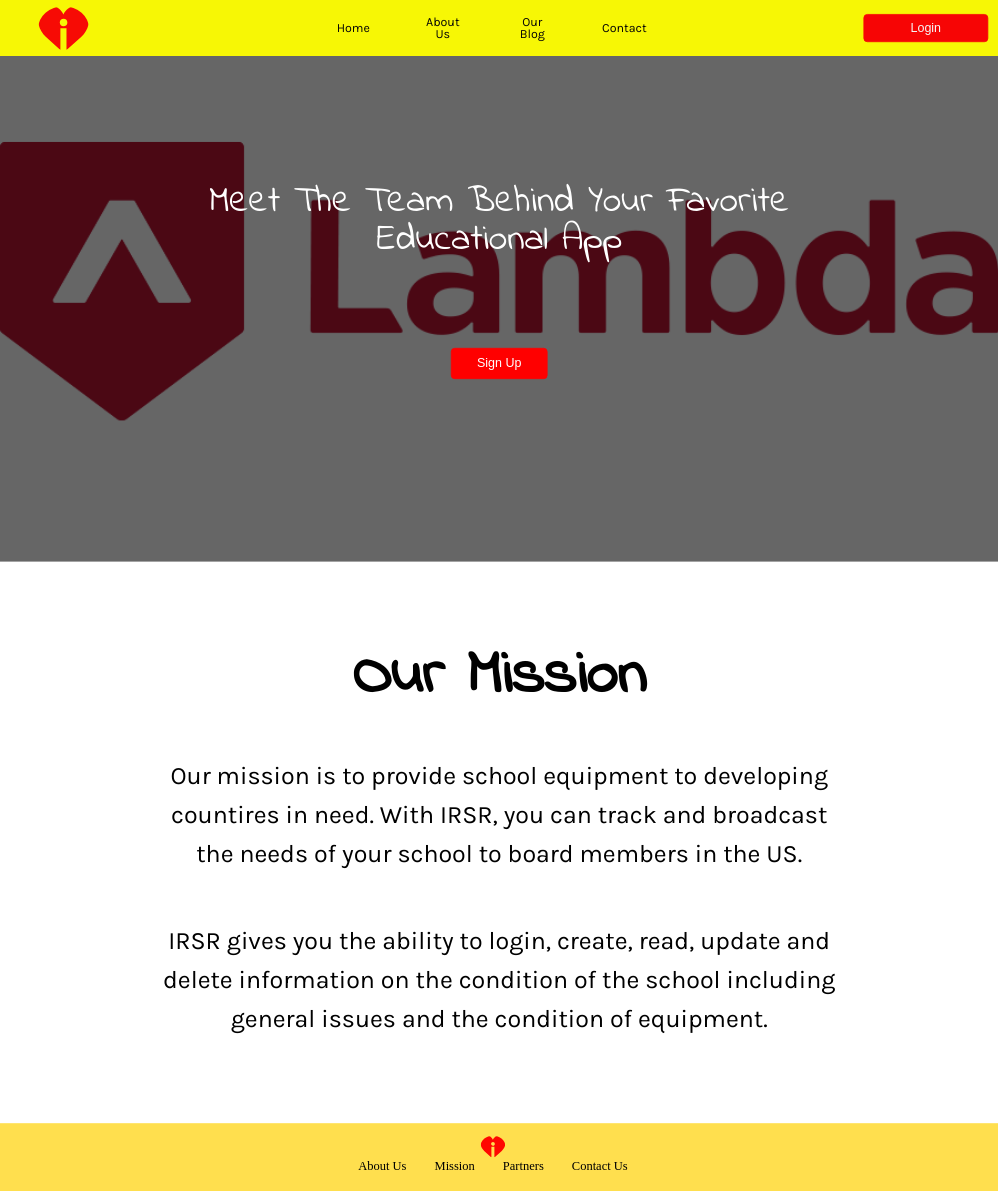
Repository: internationalrural-school-report/maketing-page
Page: about-us.html
An editor plug-in stored every save of this project. The page is shown before and after the next save, followed by the edit.
The browser window is 1280 px wide. The pictures show the whole page, at 78% of full size.
Backgrounds fixed to the window are drawn as part of the page.

Above is the page before, as saved 2019-08-29 14:21:38.

### about-us.html
<!DOCTYPE html>

<html lang="en">

<head>
  <meta charset="UTF-8" />
  <meta name="viewport" content="width=device-width, initial-scale=1" />

  <title>International Rural School Report</title>

  <link href="https://fonts.googleapis.com/css?family=Indie+Flower|Karla:400,700i&display=swap" rel="stylesheet">

  <link rel="stylesheet" href="about-us-marketing.css" />

</head>

<body>
  <div class="container">

    <!-- HEADER SECTION -->

    <header>
      <nav>
        <input type="checkbox" id="nav" class="hidden" />
        <label for="nav" class="nav-btn">
          <i></i>
          <i></i>
          <i></i>
        </label>
        <div class="header-button">
          <button>Login</button>
        </div>
        <div class="nav-wrapper">
          <ul>
            <li><a href="marketing.html">Home</a></li>
            <li><a href="about-us.html">About Us</a></li>
            <li><a href="#">Our Blog</a></li>
            <li><a href="#">Contact</a></li>
          </ul>
          <div class="header-button-mobile">
            <button>Login</button>
          </div>
        </div>
        <div class="main-logo">
          <img class="header-logo" src="Images/heart-icon.svg" alt="Our Companys logo." />
        </div>
      </nav>
    </header>

    <!-- CTA SECTION -->

    <section class="cta-container">
      <div class="color-overlay"></div>
      <div class="cta">
        <div class="cta-txt-container">
          <div class="cta-txt1">
            <p>
              Meet The Team Behind Your Favorite Educational App
            </p>
          <!----></div>
          <div class="cta-txt2">

          </div>
          <button>Sign Up</button>
        </div>
      </div>
    </section>

    <!-- OUR MISSION SECTION -->

    <section class="mission-container">
      <div class="mission-txt">
        <h1>Our Mission</h1>
        <p>Our mission is to provide school equipment to developing countires in need.
          With IRSR, you can track and broadcast the needs of your school to board members
          in the US.</p>

        <p>
          IRSR gives you the ability to login, create, read, update and delete information on the condition
          of the school including general issues and the condition of equipment.
        </p>
      </div>
    </section>
     <!---FOOTER-->
    <section class ="footer">
        <img class="footer-logo" src="Images/heart-icon.svg" alt="Our Companys logo." />
        <a href=""></br>About Us</a>
        <a href="">Mission</a>
        <a href="">Partners</a>
        <a href="">Contact Us</a>
    </section>

    </body>


  </div>
</body>

### about-us-marketing.css
/* http://meyerweb.com/eric/tools/css/reset/ 2. v2.0 | 20110126
  License: none (public domain)
*/

html, body, div,span,applet,object,iframe,h1,h2,h3,h4,h5,h6,p,blockquote,pre,a,abbr,acronym,
address,big,cite,code,del,dfn,em,img,ins,kbd,q,s,samp,small,strike,
strong,sub,sup,tt,var,b,u,i,center,dl,dt,dd,ol,ul,li,fieldset,
form,label,legend,table,caption,tbody,tfoot,thead,
tr,th,td,article,aside,canvas,details,embed,figure,
figcaption,footer,header,hgroup,menu,nav,output,ruby,section,summary,time,mark,audio,
video {
  margin: 0;
  padding: 0;
  border: 0;
  font-size: 100%;
  /* font: inherit; */
  vertical-align: baseline;
}
/* HTML5 display-role reset for older browsers */
article,
aside,
details,
figcaption,
figure,
footer,
header,
hgroup,
menu,
nav,
section {
  display: block;
}
body {
  line-height: 1;
}
ol,
ul {
  list-style: none;
}
blockquote,
q {
  quotes: none;
}
blockquote:before,
blockquote:after,
q:before,
q:after {
  content: "";
  content: none;
}
table {
  border-collapse: collapse;
  border-spacing: 0;
}

/* CSS STARTS HERE */
/* CSS STARTS HERE */
/* CSS STARTS HERE */

.container {
  width: 100%;
  height: 100%;
  margin: auto;
}

/* HEADER/NAV CSS STARTS HERE */
/* HEADER/NAV CSS STARTS HERE */
/* HEADER/NAV CSS STARTS HERE */

header {
  width: 100%;
  height: 10%;
  display: flex;
  flex-direction: row-reverse;
  justify-content: space-between;
  position: fixed;
  background-color: yellow;
  z-index: 9999;
  align-items: center;
  align-content: center;
  opacity: 0.95;
}

nav {
  display: flex;
  flex-direction: row-reverse;
  justify-content: space-evenly;
  align-items: center;
  width: 100%;
  height: 100%;
}

.nav-wrapper ul {
  display: flex;
  flex-direction: row;
  width: 100%;
  justify-content: center;
  align-items: center;
  width: 50%;
  height: 100%;
}

.nav-wrapper {
  height: 100%;
  width: 100%;
  display: flex;
  flex-direction: row;
  justify-content: center;
  align-items: center;
}

.nav-wrapper a {
  color: black;
  font-size: 20px;
  text-decoration: none;
  text-align: center;
  margin: 0 22px;
  display: flex;
  padding: 10px;
  font-size: 1rem;
  font-family: "Karla", sans-serif;
}

.nav-wrapper li {
  width: 30%;
  display: flex;
  justify-content: center;
}

header nav a:hover {
  border-bottom: 2px solid green;
  color: black;
}

header .img-logo {
  display: flex;
  flex-direction: column-reverse;
  margin-left: 30px;
}

.main-logo {
  display: flex;
  justify-content: center;
}

.header-logo {
  width: 40%;
}

.header-button {
  display: flex;
  justify-content: center;
  align-items: center;
  width: 20%;
}

.header-button button {
  padding: .5rem 3rem;
  width: 10rem;
  border-radius: 5px;
  text-align: center;
  background-color: red;
  color: white;
  border: 0.5px solid red;
  font-size: 1rem;
}

.hidden {
  display: none;
}

.header-button-mobile {
  display: none;
}

/* CTA CSS STARTS HERE */
/* CTA CSS STARTS HERE */
/* CTA CSS STARTS HERE */

.cta-container {
  background-color: white;
  display: flex;
  flex-direction: column;
  align-items: center;
  justify-content: center;
  width: 100%;
  height: 100vh;
  position: relative;
  bottom: 0px;
  margin: 0;
  background-image: url("Images/lambda-2.png");
  background-position: 50% 50%;
  background-size: contain ;
  background-repeat: no-repeat;
  background-attachment: fixed;
}

.color-overlay {
  width: 100%;
  height: 100%;
  background: #000;
  opacity: 0.6;
  position: absolute;
}

.cta {
  width: 100%;
  height: 100vh;
  display: flex;
  flex-direction: column;
  justify-content: center;
  align-items: center;
}

.cta-txt-container {
  text-align: center;
  position: absolute;
  display: flex;
  flex-direction: column;
  color: white;
  align-items: center;
  justify-content: center;
  height: 50%;
  width: 65%;
}

.cta-txt1 {
  font-size: 3rem;
  margin-bottom: 95px;
  font-family: "Indie Flower", cursive;
}

.cta-txt2 {
  font-size: 1.5rem;
  margin-bottom: 20px;
  font-family: "Karla", sans-serif;
}

.cta-txt-container button {
  padding: 10px 22px;
  width: 15%;
  border-radius: 5px;
  text-align: center;
  background-color: red;
  color: white;
  border: 0.5px solid red;
  font-size: 1rem;
}

.cta-txt-container button:hover {
  background-color: green;
  border: 0.5px solid green;
}

/* MISSION CSS STARTS HERE */
/* MISSION CSS STARTS HERE */
/* MISSION CSS STARTS HERE */

.mission-container {
  width: 100%;
  height: 100vh;
  display: flex;
  flex-direction: column;
  justify-content: center;
  align-items: center;
}

.mission-txt {
  width: 70%;
  height: 70%;
  display: flex;
  flex-direction: column;
  justify-content: space-between;
}

h1 {
  font-family: "Indie Flower", cursive;
  font-size: 5rem;
  text-align: center;
}

.mission-txt p {
  font-family: "Karla", sans-serif;
  font-size: 2rem;
  text-align: center;
  line-height: 50px;
}



.computer {
  width: 25%;
}

.tablet {
  width: 25%;
}

.laptop {
  width: 25%;
}

.router {
  width: 25%;
}



img {
  padding-left: 1rem;
  padding-right: 1rem;
  border-radius: 100%;
  max-width: 12rem;
  height: auto;
  align-items: center;
}

.partners {
  display: flex;
  width: 100%;
  margin-top: 2rem;


}
.left-partner {
  position: relative;
  background: lightskyblue;
  width : 50%;
}
.logo-box {
  display: flex;
  align-items: center;
  flex-flow: row wrap;
  justify-content: center;
  width: 100%;
}
.logos {
  margin: 0.5rem;
}
.right-partner {

  padding-top: 2rem;
  width: 50%;
  background: rgb(255, 223, 78);
}
.right-h2 {
  padding-bottom: 2rem;
}
.testimonials {
  border-top-right-radius: 2rem;
  border-top-left-radius: 2rem;
  margin-top: 2rem;
  background: lightgray;
  padding-top: 3rem;
  padding-left: 3rem;
  padding-right: 3rem;

}
.first-testimonial {
  display: flex;
  flex-wrap: row wrap;
  padding-bottom: 0.3rem;
  padding-top: 0.3rem;
}

.second-testimonial {
  display: flex;
  flex-wrap: row wrap;
  padding-bottom: 2rem;
  padding-top: 2rem;

}

.third-testimonial {
  display: flex;
  flex-wrap: row wrap;
  padding-bottom: 2rem;
  padding-top: 2rem;
}

.footer {
  text-align: center;
  padding-bottom: 1.5rem;
  padding-top: 1rem;
  padding-left: 3rem;
  padding-right: 3rem;
  background: rgb(255, 223, 78);
}
.footer a {
    text-decoration: none;
    color: black;
}
.footer-logo{
    width: 2rem;
    height: auto;
}
a {
  padding-left: 1rem;
  padding-right: 1rem;
}


@media (max-width: 500px) {
  .container {
    width: 100%;
  }

  /* @media HEADER/NAV CSS HERE */

  .container header {
    width: 100%;
    display: flex;
    flex-direction: column-reverse;
    justify-content: center;
    align-items: center;
    /* position: unset; */
  }

  .nav-wrapper {
    position: fixed;
    top: 0;
    left: 0;
    width: 100%;
    height: 100%;
    z-index: -1;
    background: red;
    opacity: 0;
    transition: all 0.2s ease;
  }
  .header-logo {
      height: 3rem;
  }

  .nav-wrapper ul {
    position: absolute;
    top: 50%;
    transform: translateY(-50%);
    width: 100%;
  }
  .nav-wrapper ul li {
    display: block;
    float: none;
    width: 100%;
    text-align: center;
    margin-bottom: 10px;
  }

  .nav-wrapper ul li:nth-child(1) a {
    transition-delay: 0.2s;
  }

  .nav-wrapper ul li:nth-child(2) a {
    transition-delay: 0.3s;
  }

  .nav-wrapper ul li:nth-child(3) a {
    transition-delay: 0.4s;
  }

  .nav-wrapper ul li:nth-child(4) a {
    transition-delay: 0.5s;
  }

  .nav-wrapper ul li:not(:first-child) {
    margin-left: 0;
  }

  .nav-wrapper ul li a {
    padding: 10px 24px;
    opacity: 0;
    color: black;
    font-size: 14px;
    font-weight: 600;
    letter-spacing: 1.2px;
    transform: translateX(-20px);
    transition: transform 0.2s ease-out, opacity 0.2s ease-out;
  }

  .nav-wrapper ul li a:hover {
    color: #e4e4e4;
  }

  .nav-btn {
    position: fixed;
    right: 10px;
    top: 10px;
    display: block;
    width: 48px;
    height: 48px;
    cursor: pointer;
    z-index: 9999;
    border-radius: 50%;
  }

  .nav-btn i {
    display: block;
    width: 20px;
    height: 2px;
    background: #333;
    border-radius: 2px;
    margin-left: 14px;
  }

  .nav-btn i:nth-child(1) {
    margin-top: 16px;
  }
  .nav-btn i:nth-child(2) {
    margin-top: 4px;
    opacity: 1;
  }

  .nav-btn i:nth-child(3) {
    margin-top: 4px;
  }

  #nav:checked + .nav-btn {
    transform: rotate(45deg);
  }

  #nav:checked + .nav-btn i {
    background: #333;
    transition: transform 0.2s ease;
  }

  #nav:checked + .nav-btn i:nth-child(1) {
    transform: translateY(6px) rotate(180deg);
  }

  #nav:checked + .nav-btn i:nth-child(2) {
    opacity: 0;
  }

  #nav:checked + .nav-btn i:nth-child(3) {
    transform: translateY(-6px) rotate(90deg);
  }

  #nav:checked ~ .nav-wrapper {
    z-index: 9990;
    opacity: 1;
  }

  #nav:checked ~ .nav-wrapper ul li a {
    opacity: 1;
    transform: translateX(0);
  }

  .hidden {
    display: none;
  }

  .container header nav {
    display: flex;
    align-items: center;
    margin: 0;
    width: 100%;
  }

  .container header nav a {
    width: 100%;
    text-align: center;
    padding: 17px 0;
    font-size: 17px;
  }

  .container header .header-logo {
    display: flex;
    justify-content: flex-end;
    align-items: center;
    margin: 15px 0px;
  }

  .header-button {
    display: none;
  }

  .header-button-mobile {
    display: flex;
    justify-content: center;
    align-items: center;
    width: 20%;
  }

  .header-button-mobile button {
    padding: 10px 22px;
    width: 50%;
    border-radius: 5px;
    text-align: center;
    background-color: red;
    color: white;
    border: 0.5px solid red;
    font-size: 1rem;
  }

  /* CTA CSS STARTS HERE */
  /* CTA CSS STARTS HERE */
  /* CTA CSS STARTS HERE */
  /* CTA CSS STARTS HERE */

  .cta-container {
    background-color: white;
    display: flex;
    flex-direction: column;
    align-items: center;
    justify-content: center;
    width: 100%;
    height: 100vh;
    position: relative;
    bottom: 0px;
    margin: 0;
    background-image: url("Images/lambda-shield.png");
    background-position: 50% 50%;
    background-size: contain ;
    background-repeat: no-repeat;
    background-attachment: fixed;
  }

  .cta {
    width: 100%;
    height: 100%;
    display: flex;
    flex-direction: column;
    justify-content: center;
    align-items: center;
  }

  .cta-txt-container {
    text-align: center;
    position: absolute;
    display: flex;
    flex-direction: column;
    color: white;
    align-items: center;
    justify-content: space-evenly;
    height: 50%;
    width: 95%;
  }

  .cta-txt1 {
    font-size: 2rem;
    margin-bottom: none;
    font-family: "Indie Flower", cursive;
  }

  .cta-txt2 {
    font-size: 1.5rem;
    margin-bottom: none;
    font-family: "Karla", sans-serif;
  }

  .cta-txt-container button {
    padding: 10px 22px;
    width: 45%;
    border-radius: 5px;
    text-align: center;
    background-color: red;
    color: white;
    border: solid red;
    font-size: 1.5rem;
  }

  .mission-container {
    width: 100%;
    height: 75vh;
    display: flex;
    flex-direction: column;
    justify-content: center;
    align-items: center;
  }

  .mission-txt {
    width: 90%;
    height: 100%;
    display: flex;
    flex-direction: column;
    justify-content: space-evenly;
  }

  h1 {
    font-family: "Indie Flower", cursive;
    font-size: 4rem;
    text-align: center;
  }

  .mission-txt p {
    font-family: "Karla", sans-serif;
    font-size: 1.3rem;
    text-align: center;
    line-height: 50px;
  }

  /* MAKE A DIFFERNCE CSS STARTS HERE */
  /* MAKE A DIFFERNCE CSS STARTS HERE */
  /* MAKE A DIFFERNCE CSS STARTS HERE */
  /* MAKE A DIFFERNCE CSS STARTS HERE */

  .make-diff-container {
    width: 100%;
    height: 90vh;
    display: flex;
    flex-direction: column;
    justify-content: center;
    align-items: center;
    position: relative;
    bottom: 0px;
    margin: 0;
    background-image: url("../img/child-hand-paint.jpg");
    background-position: 50% 50%;
    background-size: cover;
    background-repeat: no-repeat;
    background-attachment: fixed;
  }

  .color-overlay2 {
    width: 100%;
    height: 100%;
    background: red;
    opacity: 0.93;
    position: absolute;
    z-index: 1;
  }

  .make-diff-txt {
    display: flex;
    flex-direction: column;
    width: 50%;
    height: 100%;
    justify-content: space-evenly;
    align-items: center;
    z-index: 2;
  }

  .make-diff-container h1 {
    display: none;
  }

  .difference-box-container {
    width: 100%;
    height: 100%;
    display: flex;
    flex-direction: column;
    color: white;
    justify-content: space-evenly;
  }

  .difference-box {
    width: 100%;
    height: 30%;
    display: flex;
    flex-direction: column;
    justify-content: space-evenly;
    align-content: center;
    align-items: center;
    font-family: "Karla", sans-serif;
    text-align: center;
    font-size: 1rem;
  }

  .computer {
    width: 25%;
  }

  .tablet {
    width: 25%;
  }

  .laptop {
    width: 25%;
  }

  .router {
    width: 25%;
  }
}

After the next save:
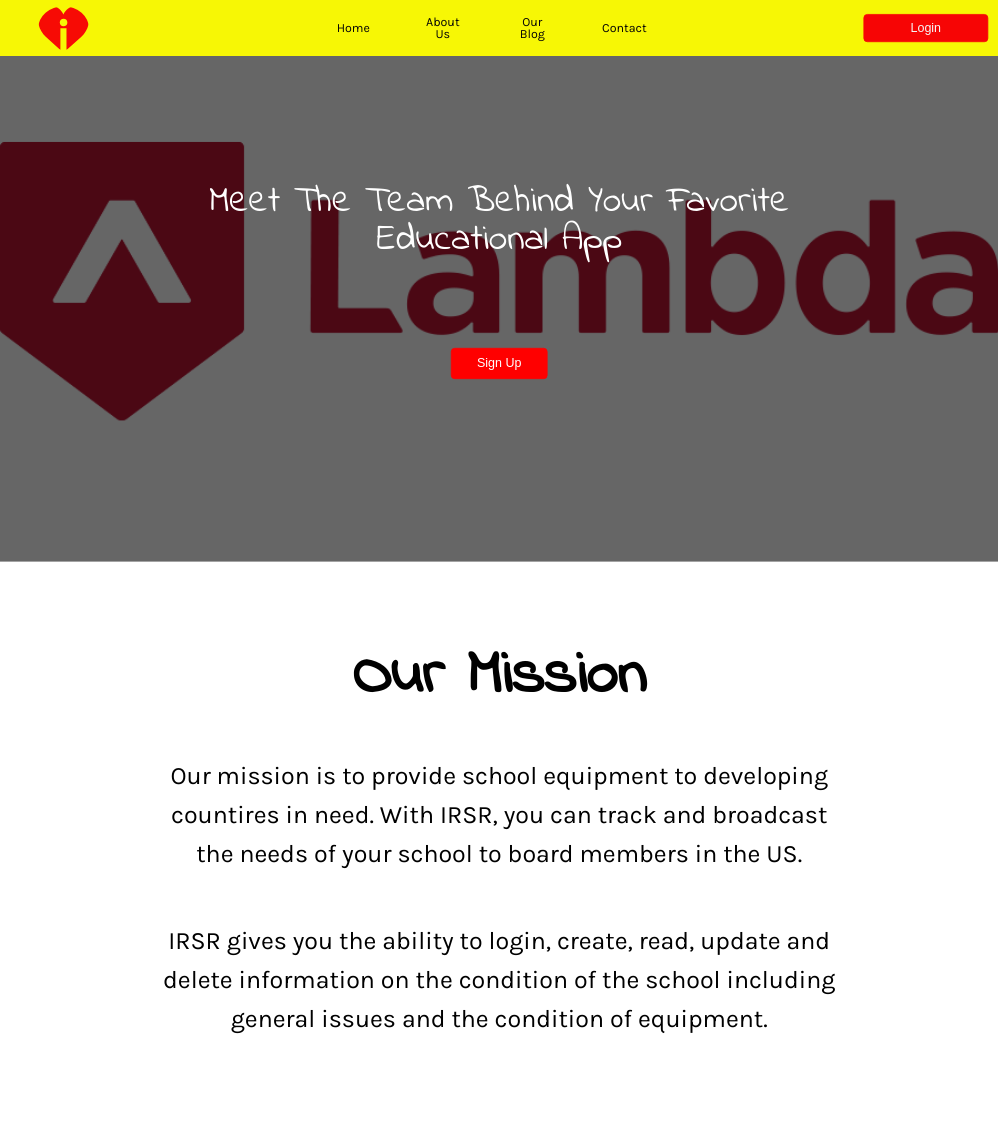
Saved 32 s later.
--- a/about-us-marketing.css
+++ b/about-us-marketing.css
@@ -771,3 +771,7 @@
     width: 25%;
   }
 }
+
+.footer {
+    display: none;
+}
